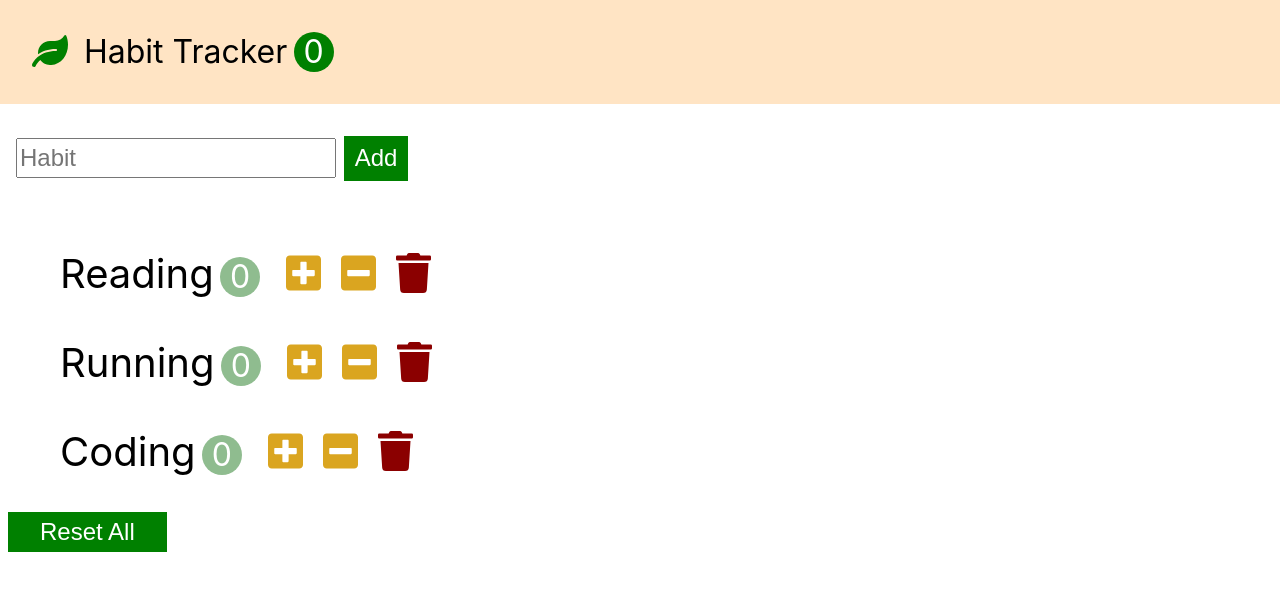
Repository: keehoonjung/react-habit-tracker
Page: / (app in react/habit-tracker/)
The author's editor kept a copy of each file at every save. The page is drawn from the files as they stood at one save, then again after the next save.
The browser window is 1280 px wide. The pictures show the whole page.
The project was rebuilt for these pictures with package versions that can differ from the ones it lists, and the page was loaded fresh each time.

Above is the page before, as saved 2021-08-30 22:37:07.

After the next save:
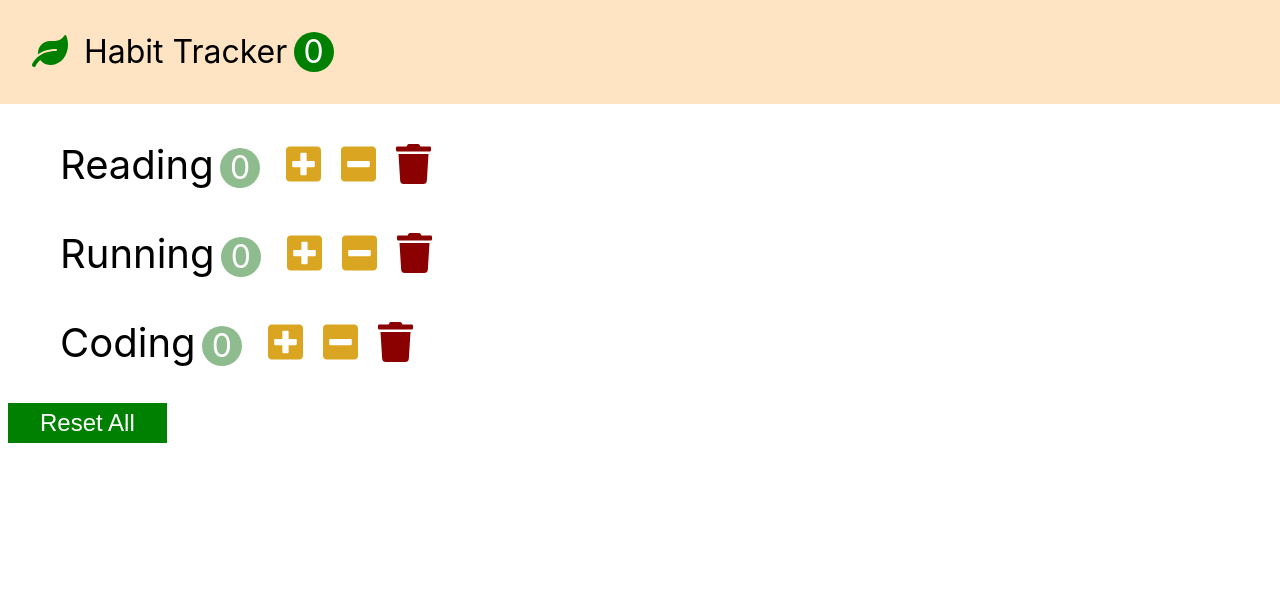
Saved 3 s later.
--- a/react/habit-tracker/src/app.jsx
+++ b/react/habit-tracker/src/app.jsx
@@ -60,12 +60,6 @@ class App extends Component {
             this.state.habits.filter((habit) => habit.count > 0).length
           }
         />
-        <div className="add-form">
-          <input type="text" className="add-input" placeholder="Habit" />
-          <button className="add-button" onClick={this.addItem}>
-            Add
-          </button>
-        </div>
         <Habits
           habits={this.state.habits}
           OnIncrement={this.handleIncrement}
